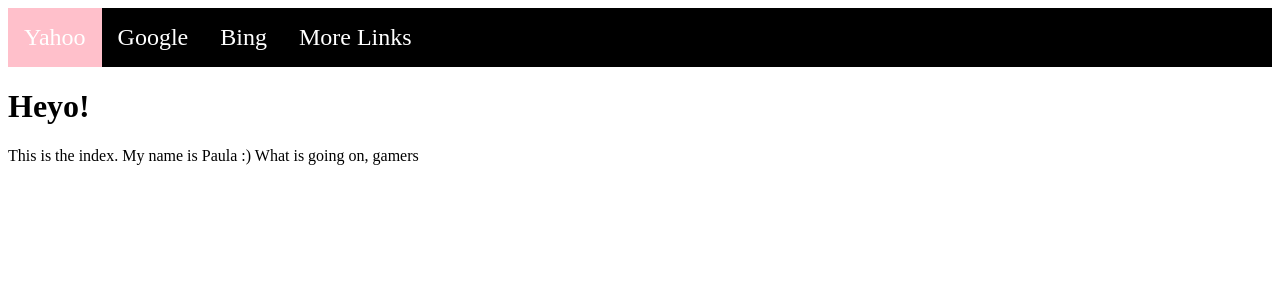
Repository: pflores002/pflores002.github.io
Page: index.html
The author's editor kept a record of every edit. The page is drawn from the files as they stood at one moment, then again after the next edit.
The browser window is 1280 px wide. The pictures show the whole page.
The pointer rests on the first visible `.navbar a`.

Above is the page before.

### index.html
<!DOCTYPE html>
<html>
<head>
    <title>pflores2002</title>

    <style>
        .navbar{
            background-color: black;
            width: 100%;
            height: 59px;
        }

        .navbar a{
            color:white;
            font-size: 24px;
            text-decoration:none;
            padding: 16px;
            float:left;
        }

        .morelinks{
            color:white;
            font-size: 24px;
            text-decoration:none;
            padding: 16px;
        }

        .navbar a:hover, .morelinks:hover{
            background-color:pink;
        }

        .dropdown:hover .dropdown-content{
            display:block;
        }

        .dropdown-content{
            position: absolute;
            z-index: 1;
            display:none;
            background-color: black;
        }

        .dropdown{
            background-color: black;
            color: white;
            float: left;
            text-decoration: none;
            font-size: 24px;
        }

        .dropdown-content a{
            float:none;
            display:block;
        }









    </style>
</head>
<body>
    <div class="navbar">
        <a href="https://www.yahoo.com">Yahoo</a>
        <a href="https://www.google.com">Google</a>
        <a href="https://www.bing.com">Bing</a>
        <div class="dropdown">
            <div class="morelinks">More Links</div>
            <div class="dropdown-content">
                <a href="https://www.awseducate.com">AWS Educate</a>
                <a href="https://www.collegeboard.org">College Board</a>
            </div>
        </div>

    </div>

<h1>Heyo!</h1>
<p>This is the index. My name is Paula :) What is going on, gamers</p>

</body>
</html>

After the next edit:
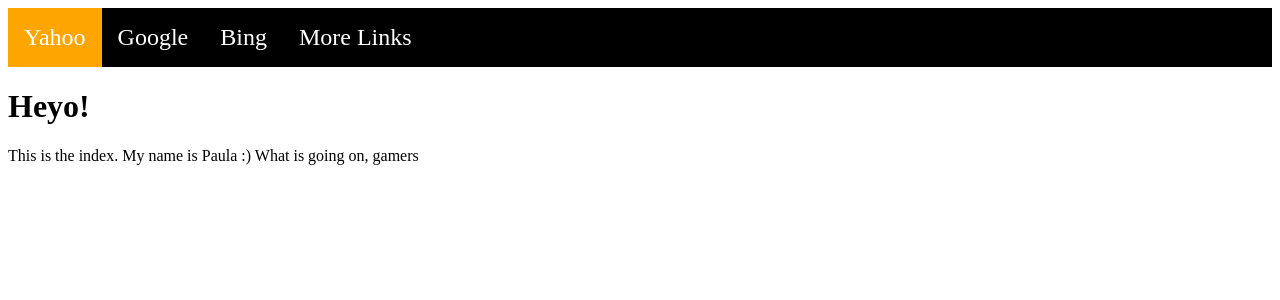
The edit:
--- a/index.html
+++ b/index.html
@@ -26,7 +26,7 @@
         }
 
         .navbar a:hover, .morelinks:hover{
-            background-color:pink;
+            background-color:orange;
         }
 
         .dropdown:hover .dropdown-content{
